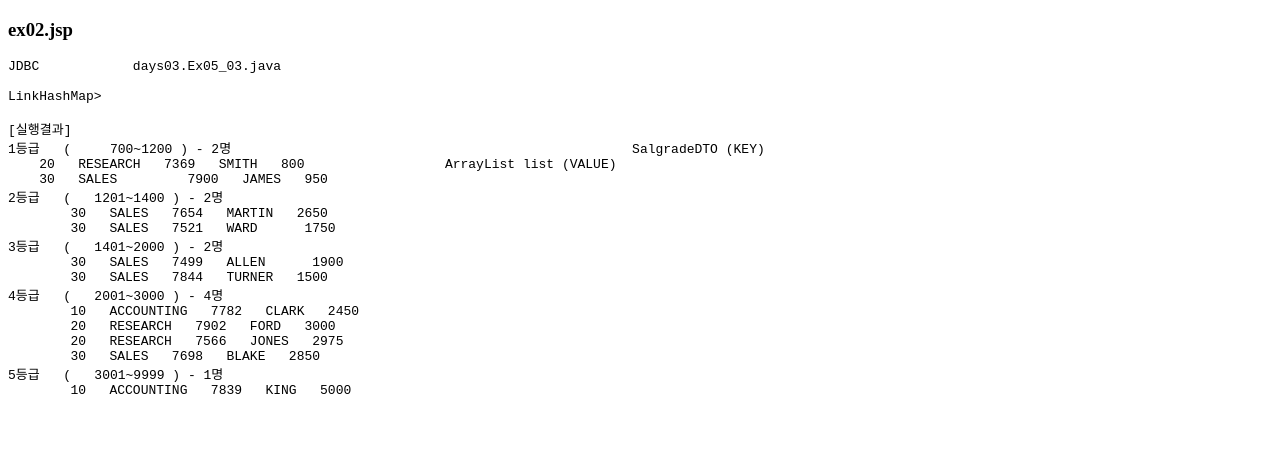
Repository: JavaYoo/kakao-emoticon-web-clone
Page: http://localhost/jspPro/days04/ex02.jsp
These files come from the project's save history. The page is drawn as it stood at one moment and after the next save; the edit follows.
The browser window is 1280 px wide. The pictures show the whole page.
The page is served by Tomcat 9. Other server files are loaded and not shown.

Above is the page before, as saved 2022-06-17 02:30:20.

### jspPro/src/main/webapp/days04/ex02.jsp

<%@ page contentType="text/html; charset=UTF-8" pageEncoding="UTF-8"%>
<!DOCTYPE html>
<html>
<head>
<meta charset="UTF-8">
<meta name="viewport" content="width=device-width, initial-scale=1.0">
<title>2022. 6. 17. - 오전 10:57:18</title>
<link rel="shortcut icon "type = "image/x-icon" href = "../images/SiSt.ico">
<script src="https://ajax.googleapis.com/ajax/libs/jquery/3.6.0/jquery.min.js"></script>
</head>
<body>

<h3>ex02.jsp</h3>

<a href="/jspPro/days04/ex02.htm"></a>

<pre>
JDBC 		days03.Ex05_03.java

LinkHashMap<SalgradeDTO, ArrayList<DeptEmpSalgradeDTO>>

[실행결과]
1등급   (     700~1200 ) - 2명							SalgradeDTO (KEY)
    20   RESEARCH   7369   SMITH   800			ArrayList<DeptEmpSalgradeDTO> list (VALUE)
    30   SALES         7900   JAMES   950
2등급   (   1201~1400 ) - 2명
 	30   SALES   7654   MARTIN   2650
 	30   SALES   7521   WARD      1750
3등급   (   1401~2000 ) - 2명
 	30   SALES   7499   ALLEN      1900
 	30   SALES   7844   TURNER   1500
4등급   (   2001~3000 ) - 4명
  	10   ACCOUNTING   7782   CLARK   2450
 	20   RESEARCH   7902   FORD   3000
 	20   RESEARCH   7566   JONES   2975
 	30   SALES   7698   BLAKE   2850
5등급   (   3001~9999 ) - 1명
 	10   ACCOUNTING   7839   KING   5000

</pre>

</body>
</html>

After the next save:
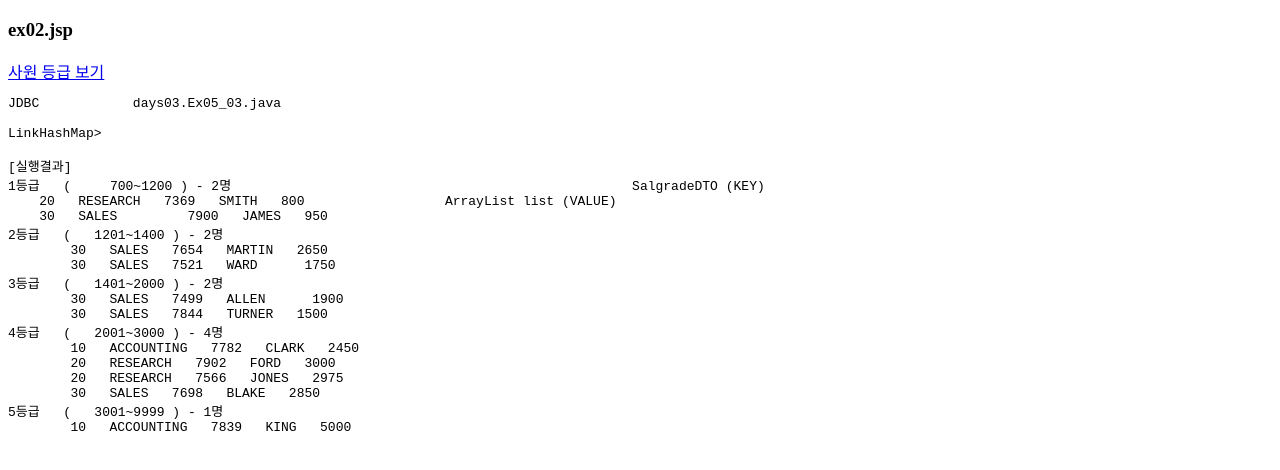
Saved 4 s later.
--- a/jspPro/src/main/webapp/days04/ex02.jsp
+++ b/jspPro/src/main/webapp/days04/ex02.jsp
@@ -13,7 +13,7 @@
 
 <h3>ex02.jsp</h3>
 
-<a href="/jspPro/days04/ex02.htm"></a>
+<a href="/jspPro/days04/ex02.htm">사원 등급 보기</a>
 
 <pre>
 JDBC 		days03.Ex05_03.java
